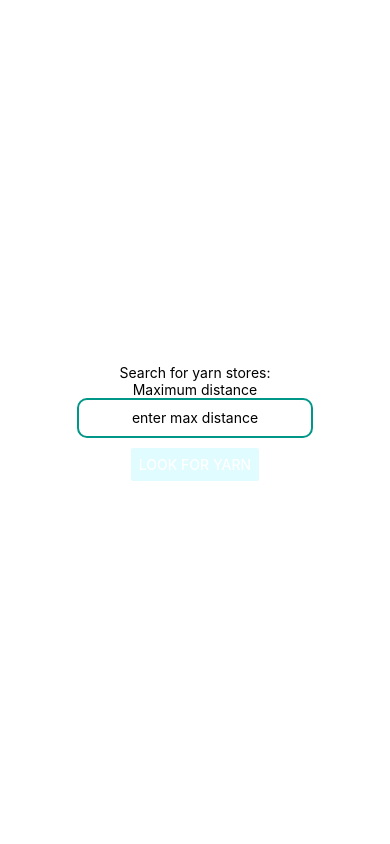
Repository: anuslorah/StashEnhancer
Screen: / (app in StashEnhancer1/)
An editor plug-in stored every save of this project. The screen is shown before and after the next save, followed by the edit.
The app was drawn by React Native's web renderer in a window 390 px wide. The project was rebuilt for these pictures with package versions that can differ from the ones it lists, and the page was loaded fresh each time.

Above is the screen before, as saved 2019-06-27 18:04:10.

After the next save:
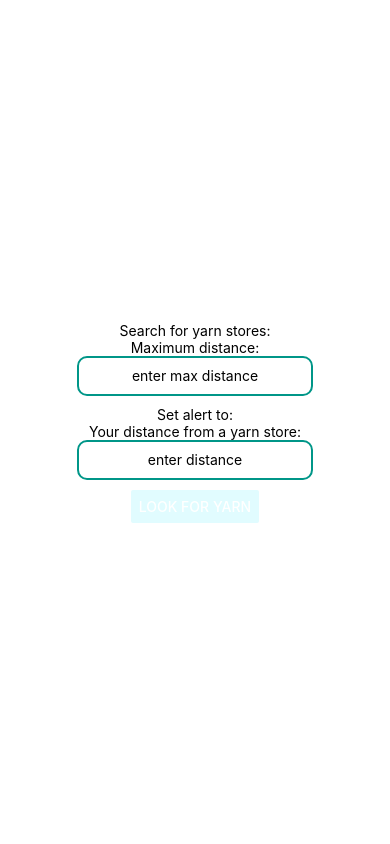
Saved 2 min 8 s later.
--- a/StashEnhancer1/App.js
+++ b/StashEnhancer1/App.js
@@ -5,8 +5,14 @@ export default function App() {
   return (
     <View style={styles.container}>
       <Text>Search for yarn stores:</Text>
-      <Text>Maximum distance</Text><TextInput
+      <Text>Maximum distance:</Text><TextInput
           placeholder="enter max distance"
+          underlineColorAndroid='transparent'
+          style={styles.TextInputStyle}
+          keyboardType={'numeric'}></TextInput>
+      <Text>Set alert to:</Text>
+      <Text>Your distance from a yarn store:</Text><TextInput
+          placeholder="enter distance"
           underlineColorAndroid='transparent'
           style={styles.TextInputStyle}
           keyboardType={'numeric'}></TextInput>
